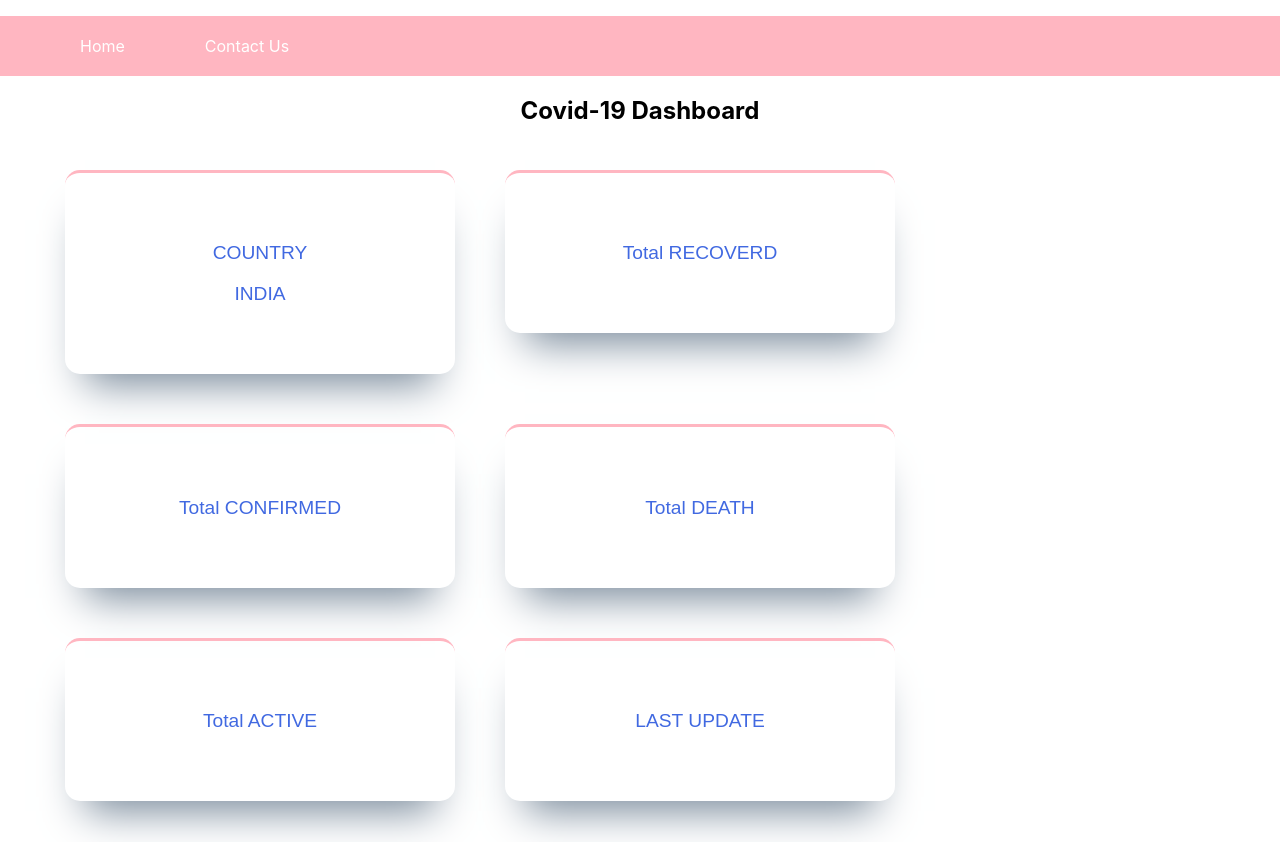
Repository: Aniketlamage/covid19-dashboard
Page: /
The author's editor kept a copy of each file at every save. The page is drawn from the files as they stood at one save, then again after the next save.
The browser window is 1280 px wide. The pictures show the whole page.
The page's requests for data from a server got no answer. The project was rebuilt for these pictures with package versions that can differ from the ones it lists, and the page was loaded fresh each time. No one was signed in, and anything a server would have sent is missing.

Above is the page before, as saved 2021-09-30 22:34:31.

After the next save:
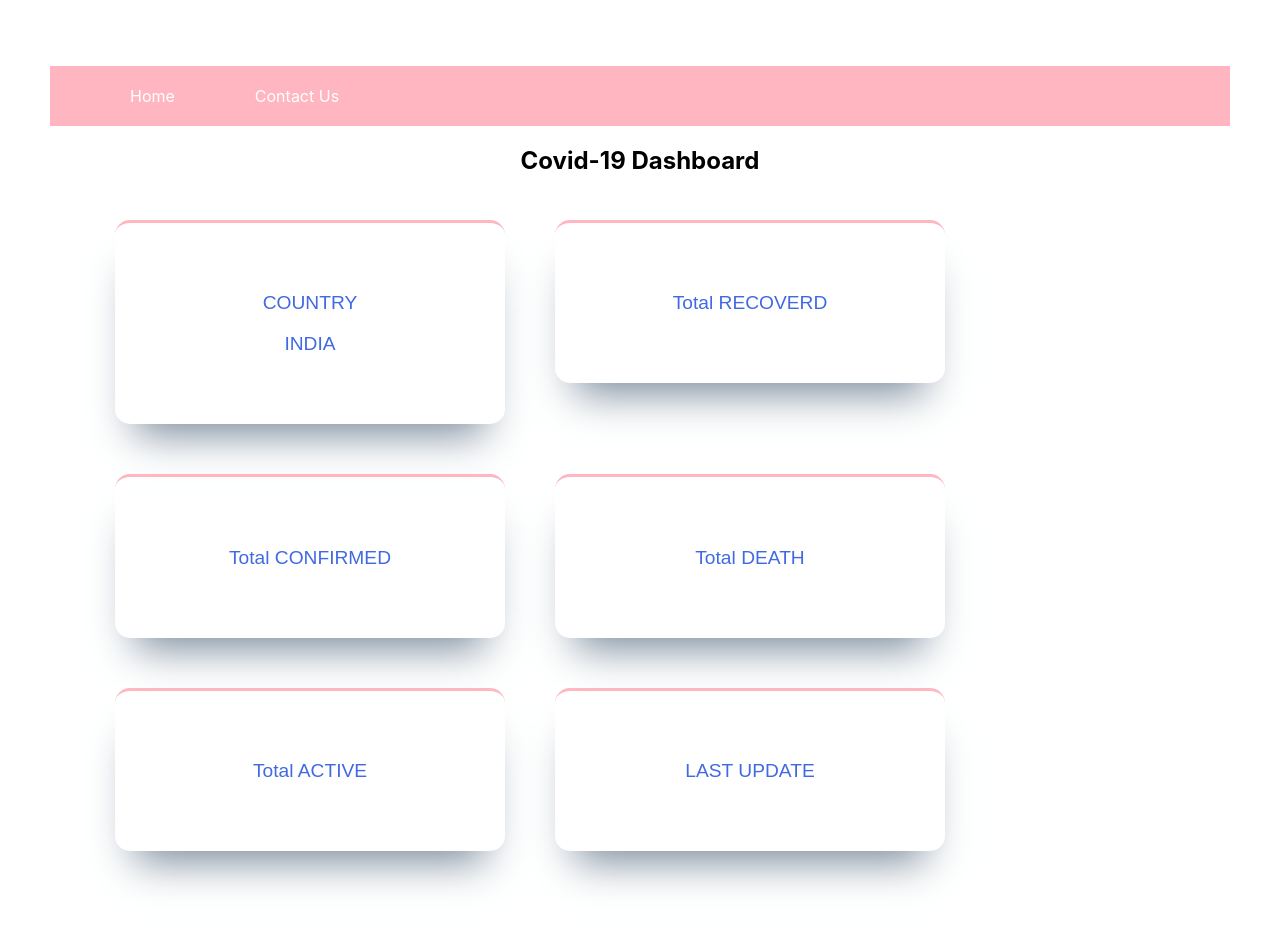
Saved 36 s later.
--- a/src/components/covid.css
+++ b/src/components/covid.css
@@ -2,7 +2,7 @@
 
 .main,body {
     background-color: white;
-    padding: auto;
+    padding: 50px;
     text-align: center;
     min-height: auto;
     align-items: center;

After the save that followed:
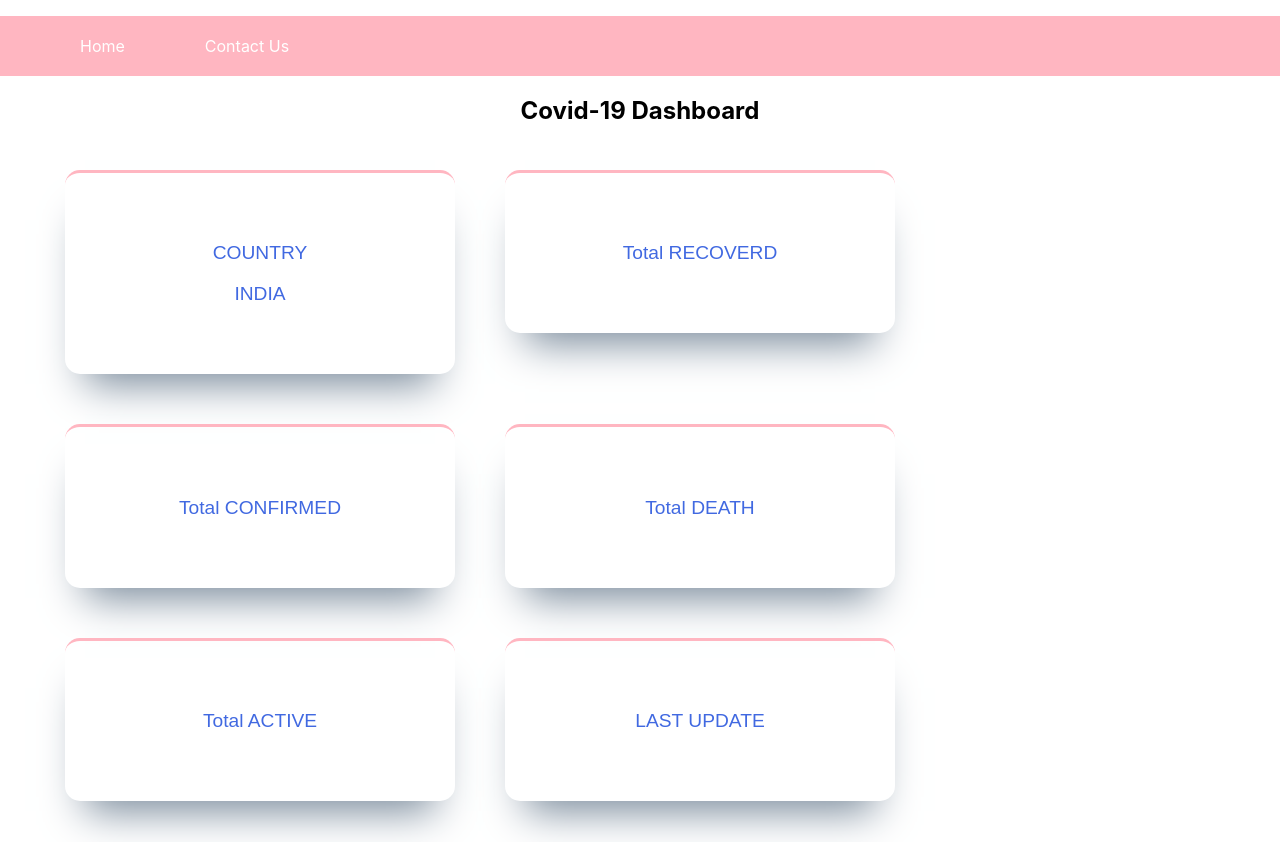
Saved 15 s later.
--- a/src/components/covid.css
+++ b/src/components/covid.css
@@ -2,7 +2,7 @@
 
 .main,body {
     background-color: white;
-    padding: 50px;
+    padding: auto;
     text-align: center;
     min-height: auto;
     align-items: center;
